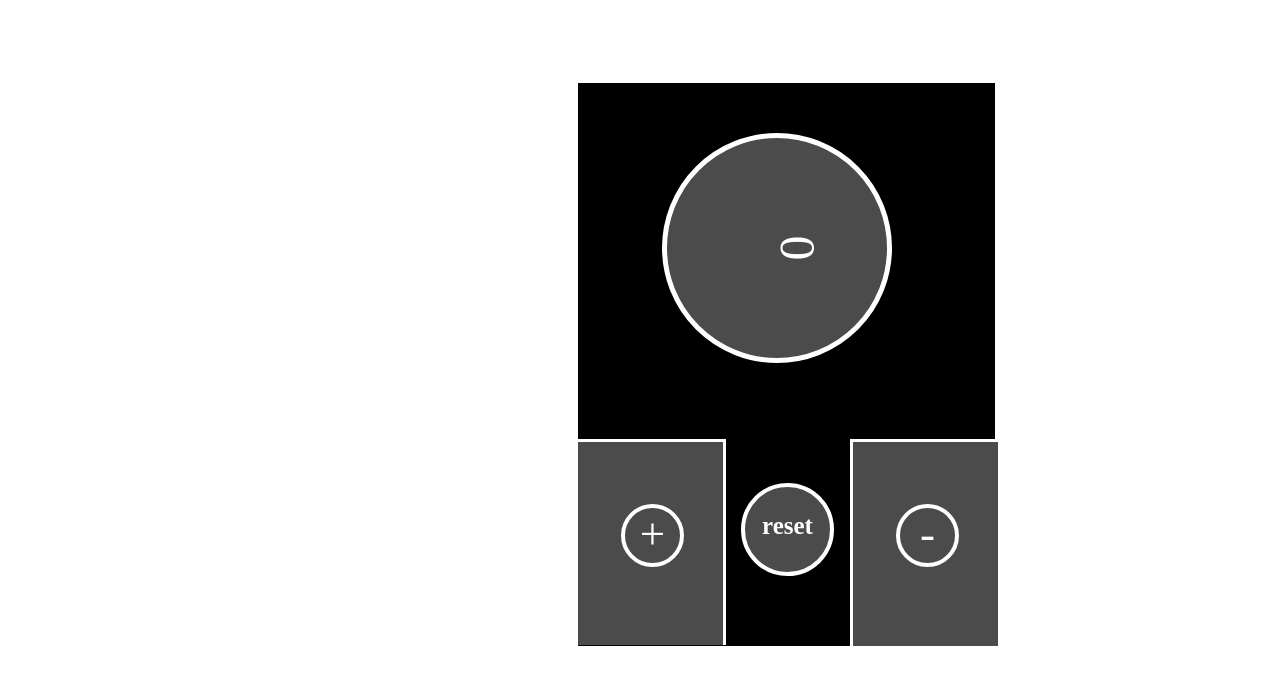
Repository: sara55m/Counter_App
Page: index.html
The author's editor kept a copy of each file at every save. The page is drawn from the files as they stood at one save, then again after a run of saves.
The browser window is 1280 px wide. The pictures show the whole page.

Above is the page before, as saved 2024-08-01 03:49:23.

### index.html
<!DOCTYPE html>
<html lang="en">
<head>
    <meta charset="UTF-8">
    <meta name="viewport" content="width=device-width, initial-scale=1.0">
    <title>Document</title>
    <link rel="stylesheet" href="css/style.css">
</head>
<body>
    <div class="container">
        <div class="main" id="main"><p class="one" id="one"></p></div>
        <div class="increase" id="increase" onclick="increase()"><div class="increase2">+</div></div>
        <div class="decrease" id="decrease" onclick="decrease()"><div class="decrease2">-</div></div>
        <div class="reset" onclick="reset_1()"><p class="third">reset</p></div>
    </div>
    <script src="js/script.js"></script>
</body>
</html>

### css/style.css
.container{
    position: absolute;
    top:80px;
    left:575px;
    height:563px;
    width:417px;
    background-color: black;
    border:3px solid white;
}
p.one{
    text-align: center;

}

.main{
    position:absolute;
    top:50px;
    left:84px;
    height:200px;
    width:200px;
    border:5px solid white;
    background-color:#4b4b4b;
    transform: rotate(90deg);
    transition: 1s linear all;
    transform-origin: center;

    font-size: 50px;
    padding:10px;
    color:white;
    border-radius:50%;



}

.increase{
    position:absolute;
    top:356px;
    left:0px;
    height:203px;
    width:145px;
    background-color:#4b4b4b;
    border-top:3px solid white;
    border-right: 3px solid white;

}

.increase .increase2{
    position:absolute;
    top:62px;
    left:43px;
    height:55px;
    width:55px;
    border-radius: 50%;
    border:4px solid white;
    background-color:#4b4b4b;
    text-align: center;
    font-size: 45px;
    color:white;
}

.decrease{
    position:absolute;
    top:356px;
    left:272px;
    background-color:#4b4b4b;
    height:204px;
    width:145px;
    border-top:3px solid white;
    border-left: 3px solid white;

}
.decrease .decrease2{
    position:absolute;
    top:62px;
    left:43px;
    height:55px;
    width:55px;
    border-radius: 50%;
    border:4px solid white;
    background-color:#4b4b4b;
    text-align: center;
    font-size: 45px;
    color:white;
}

.reset{
    position:absolute;
    top:400px;
    left:163px;
    height:85px;
    width:85px;
    border-radius: 50%;
    background-color:#4b4b4b;
    font-weight: bolder;
    border:4px solid white;

}

p.third{
    font-size: 25px;
    text-align: center;
    color:white;
}

### js/script.js
let count=0;
document.getElementById("one").innerHTML=count;
function increase(){
    count+=1;
    document.getElementById("one").innerHTML=count;
}

function reset_1(){
    count=0;
    document.getElementById("one").innerHTML=count;
}

count=0;
document.getElementById("one").innerHTML=count;
function decrease(){
    count-=1;
    document.getElementById("one").innerHTML=count;

}

After the next 2 saves:
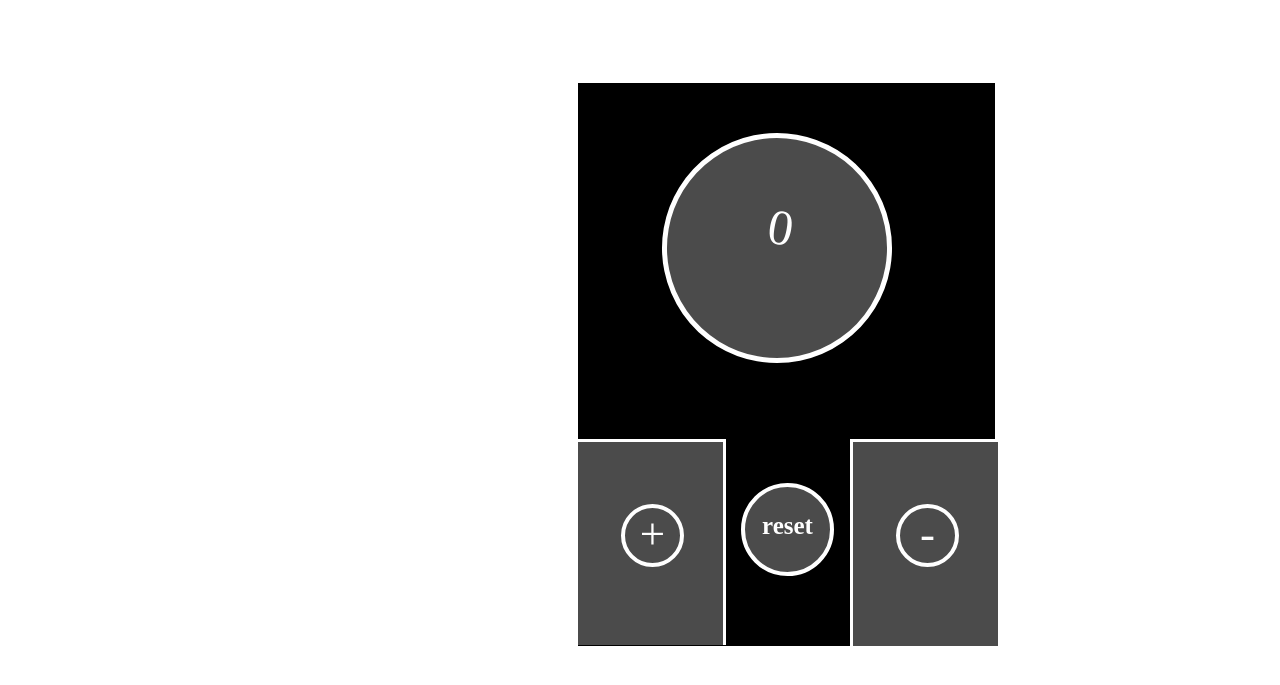
The 2 saves are shown as one change because they came seconds apart.
The last was saved 68 s later.
--- a/css/style.css
+++ b/css/style.css
@@ -20,8 +20,8 @@ p.one{
     width:200px;
     border:5px solid white;
     background-color:#4b4b4b;
-    transform: rotate(90deg);
-    transition: 1s linear all;
+    transform: rotate(10deg);
+    transition: 2s linear all;
     transform-origin: center;
 
     font-size: 50px;
